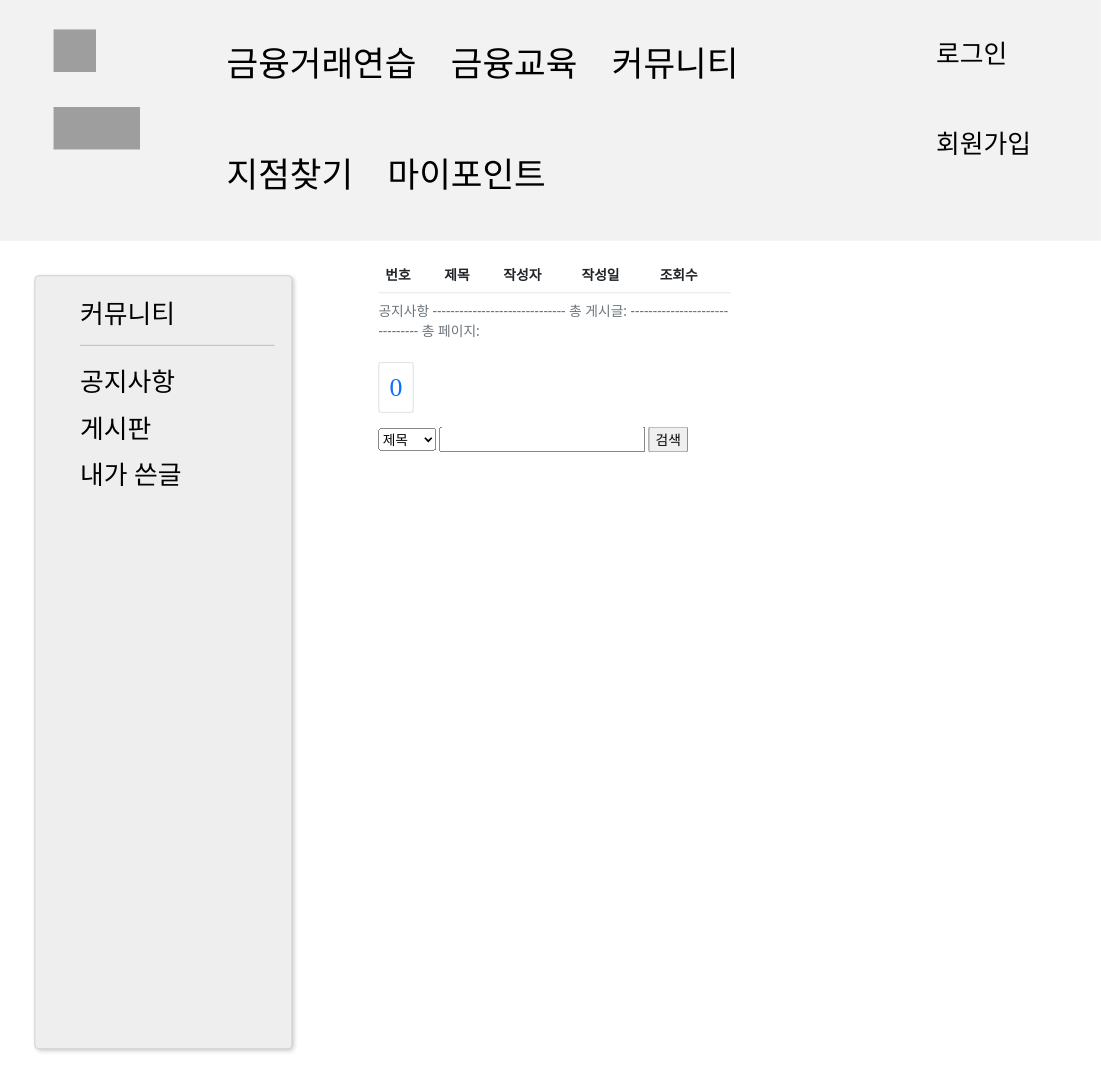
Repository: syc98syc/KB04_TeamProject
Page: http://localhost/jgig/WEB-INF/jsp/notice/list.jsp
The author's editor kept a copy of each file at every save. The page is drawn from the files as they stood at one save, then again after the next save.
The browser window is 1280 px wide. The pictures show the whole page, at 86% of full size.
Pictures or frames that could not be fetched are drawn as grey boxes. Some web fonts or font styles are not loaded; a fallback is used. The page is served by Tomcat 9. Nobody is signed in. The template is opened directly, without the code that normally fills it, so the values that code supplies are empty.

Above is the page before, as saved 2023-09-11 02:26:16.

After the next save:
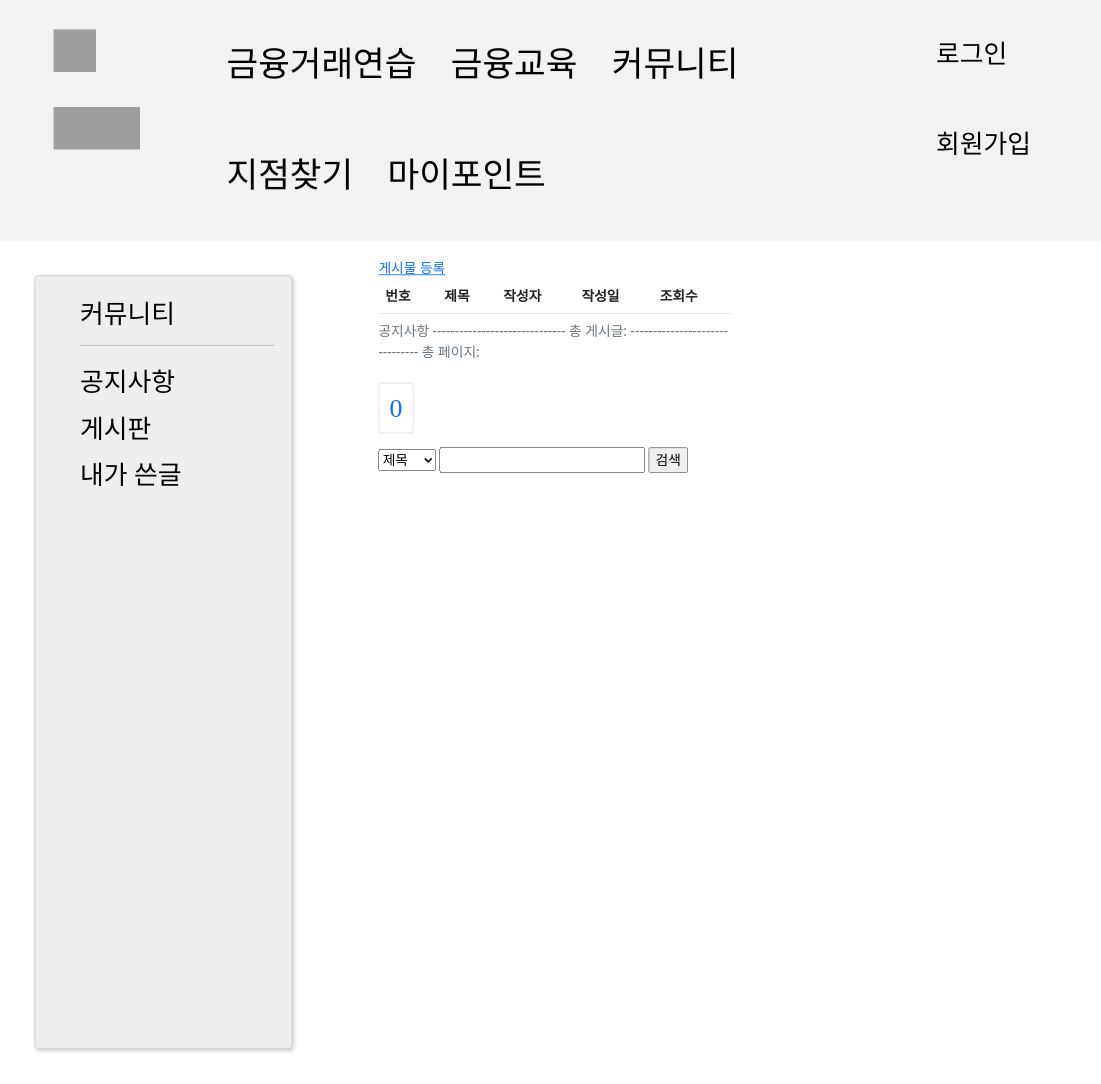
Saved 15 s later.
--- a/jgig/src/main/webapp/WEB-INF/jsp/notice/list.jsp
+++ b/jgig/src/main/webapp/WEB-INF/jsp/notice/list.jsp
@@ -20,6 +20,7 @@
 <%@ include file="../include/top_navbar.jsp" %>
 <%@ include file="../include/left_navbar.jsp" %>
 <div id="content">
+	<a href="/jgig/board_insert_form">게시물 등록</a> <br>
 	<table class="table table-hover" style="width: 50%;">
 	<caption>공지사항 ------------------------------ 총 게시글: ${requestScope.total } ------------------------------- 총 페이지: ${criteria.totalPage }</caption>
 		<tr>
